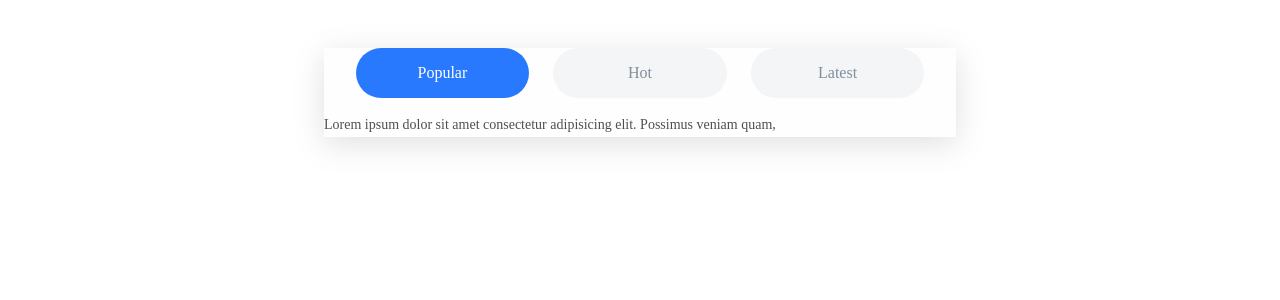
Repository: tungts3qb/Javascript
Page: tab.html
These files come from the project's save history. The page is drawn as it stood at one moment and after the next save; the edit follows.
The browser window is 1280 px wide. The pictures show the whole page.

Above is the page before, as saved 2022-12-25 01:08:47.

### tab.html
<!DOCTYPE html>
<html lang="en">
  <head>
    <meta charset="UTF-8" />
    <meta http-equiv="X-UA-Compatible" content="IE=edge" />
    <meta name="viewport" content="width=device-width, initial-scale=1.0" />
    <link rel="stylesheet" href="style.css" />
    <title>Tab</title>
  </head>
  <body>
    <div class="tab">
      <div class="tab-list">
        <div class="tab-item active">Popular</div>
        <div class="tab-item">Hot</div>
        <div class="tab-item">Latest</div>
      </div>
      <div class="tab-wrapper">
        <div class="tab-content active">
          <h3 class="post-title">
            Lorem ipsum dolor sit amet consectetur adipisicing elit. Possimus
            veniam quam,
          </h3>
        </div>

        <div class="tab-content">
          <h3 class="post-title">
            Lorem ipsum dolor sit amet consectetur adipisicing elit. Earum
            nostrum ullam quam repudiandae est corrupti et vero at non alias!
          </h3>
        </div>

        <div class="tab-content">
          <h3 class="post-title">
            Lorem ipsum dolor sit amet consectetur adipisicing elit. Vero
            aspernatur dolore quibusdam et, vel pariatur dolores minima ipsa
            voluptas repellat rem, blanditiis corporis fugiat aut ullam debitis
            at sunt aliquid?
          </h3>
        </div>
      </div>
    </div>
    <script src="./tab.js"></script>
  </body>
</html>

### style.css
.button {
  padding: 20px;
  color: white;
  background-color: #ffa400;
  border: 0;
  margin: 50px auto;
  display: block;
  width: 300px;
  font-family: "Poppins", sans-serif;
}

.change {
  display: block;
  padding: 15px 40px;
  border-radius: 10px;
  border: 0;
  color: white;
  font-family: "Poppins", sans-serif;
  margin: 50px auto;
  background-color: #3d6ef7;
}

.menu {
  width: 300px;
  position: fixed;
  top: 0;
  right: 0;
  bottom: 0;
  box-shadow: rgba(100, 100, 111, 0.2) 0px 7px 29px 0px;
  list-style: none;
  transform: translateX(100%);
  transition: transform 0.25s linear;
  margin-top: 0;
  margin-bottom: 0;
}

.menu.is-show {
  transform: translateX(0%);
}

.menu-link {
  display: block;
  padding: 20px 15px;
  color: #333;
  border-bottom: 1px solid #eee;
}

.header {
  padding: 20px;
  display: flex;
  align-items: center;
  justify-content: flex-end;
}

.menu-toggle {
  cursor: pointer;
  font-size: 30px;
  position: relative;
  z-index: 9999;
}

.menu-item a {
  text-decoration: none;
}

/* ============ Tab.html ============= */

.tab {
  margin: 3rem auto;
  width: 50%;
  background-color: #fefefe;
  box-shadow: rgba(100, 100, 111, 0.2) 0px 7px 29px 0px;
}

.tab-list {
  display: flex;
  justify-content: space-between;
  margin: 5rem 2.5rem;
  margin: 0 auto;
  width: 90%;

  /* height: 40px;
  align-items: center;
  justify-content: center; */
}

.tab-item {
  cursor: pointer;
  padding: 1rem 2rem;
  border-radius: 5rem;
  color: #818e9b;
  background-color: #f4f5f7;
  text-align: center;
  white-space: nowrap;
  font-weight: 500;
  margin: 0 auto;
  flex: 1;
}

.tab-item.active {
  color: white;
  background-color: #2979ff;
  pointer-events: none;
}

.tab-item:not(:first-child) {
  margin-left: 1.5rem;
}

.tab-content {
  display: none;
}

.tab-content.active {
  display: block;
}

.post {
  display: flex;
  align-items: center;
}

.post:not(:first-child) {
  margin-bottom: 2rem;
}

.post-title {
  color: #4e4f51;
  font-weight: 300;
  line-height: 1.8;
  font-size: 14px;
}

Loaded but not shown: tab.js (no stored copy; drawn as an empty file)

After the next save:
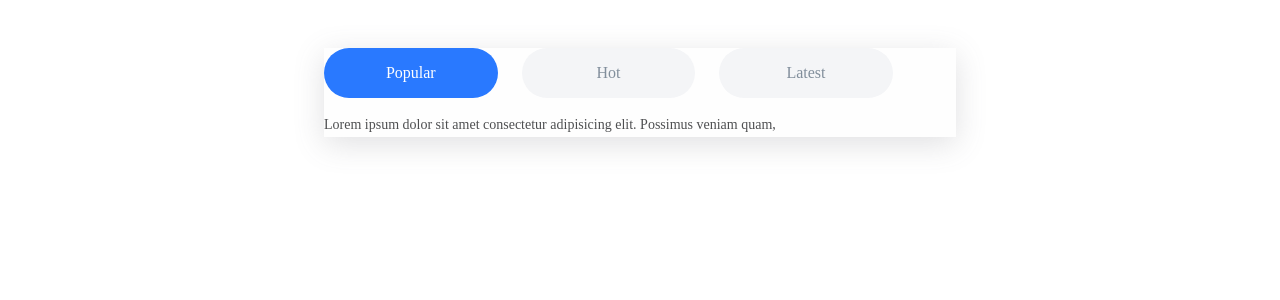
Saved 14 s later.
--- a/style.css
+++ b/style.css
@@ -75,8 +75,8 @@
 .tab-list {
   display: flex;
   justify-content: space-between;
-  margin: 5rem 2.5rem;
-  margin: 0 auto;
+  /* margin: 5rem 2.5rem; */
+  margin: 5 auto;
   width: 90%;
 
   /* height: 40px;

After the save that followed:
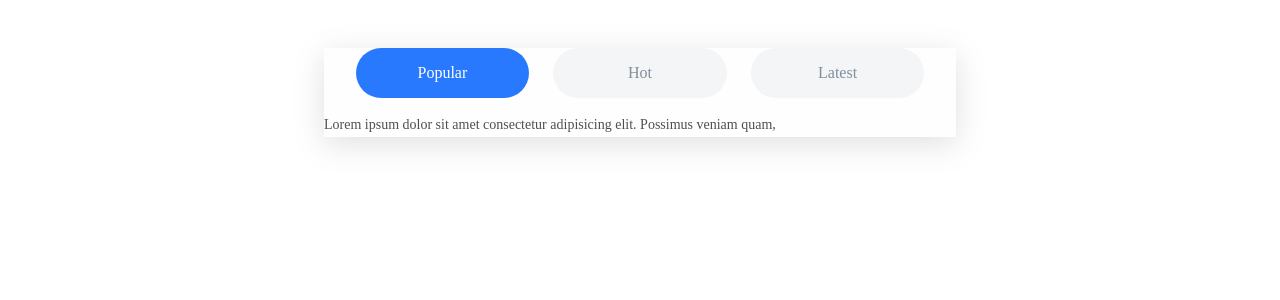
Saved 5 s later.
--- a/style.css
+++ b/style.css
@@ -76,7 +76,7 @@
   display: flex;
   justify-content: space-between;
   /* margin: 5rem 2.5rem; */
-  margin: 5 auto;
+  margin: 0 auto;
   width: 90%;
 
   /* height: 40px;
